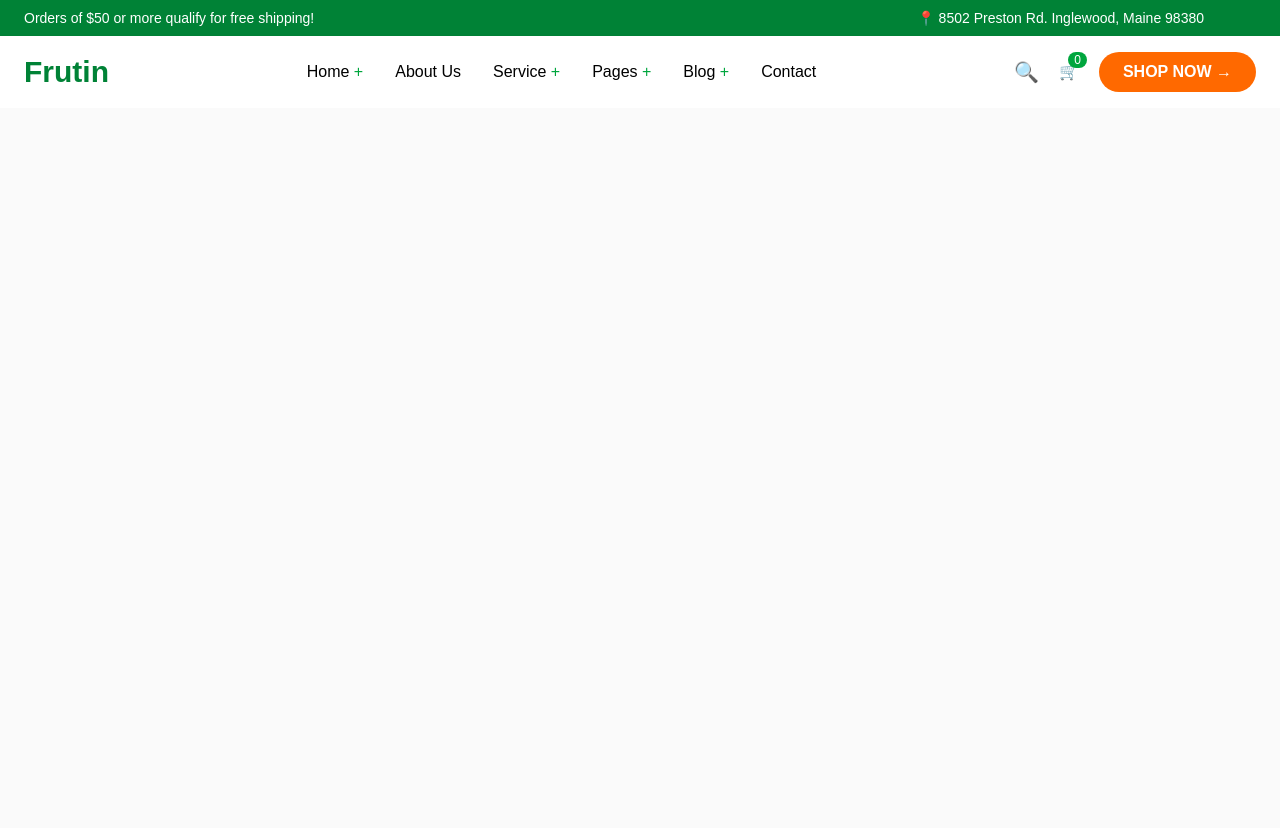
Repository: sawon687/Ass-scic-9-Ecomerce-Project
Page: /
These files come from the project's save history. The page is drawn as it stood at one moment and after a run of saves; the edit follows.
The browser window is 1280 px wide. The pictures show the whole page.
The project was rebuilt for these pictures with package versions that can differ from the ones it lists, and the page was loaded fresh each time. The framework's server and built-in components were replaced by stand-ins that run in the browser. Also part of the build but not shown: next.config.mjs.

Above is the page before, as saved 2026-01-13 22:47:14.

After the next 4 saves:
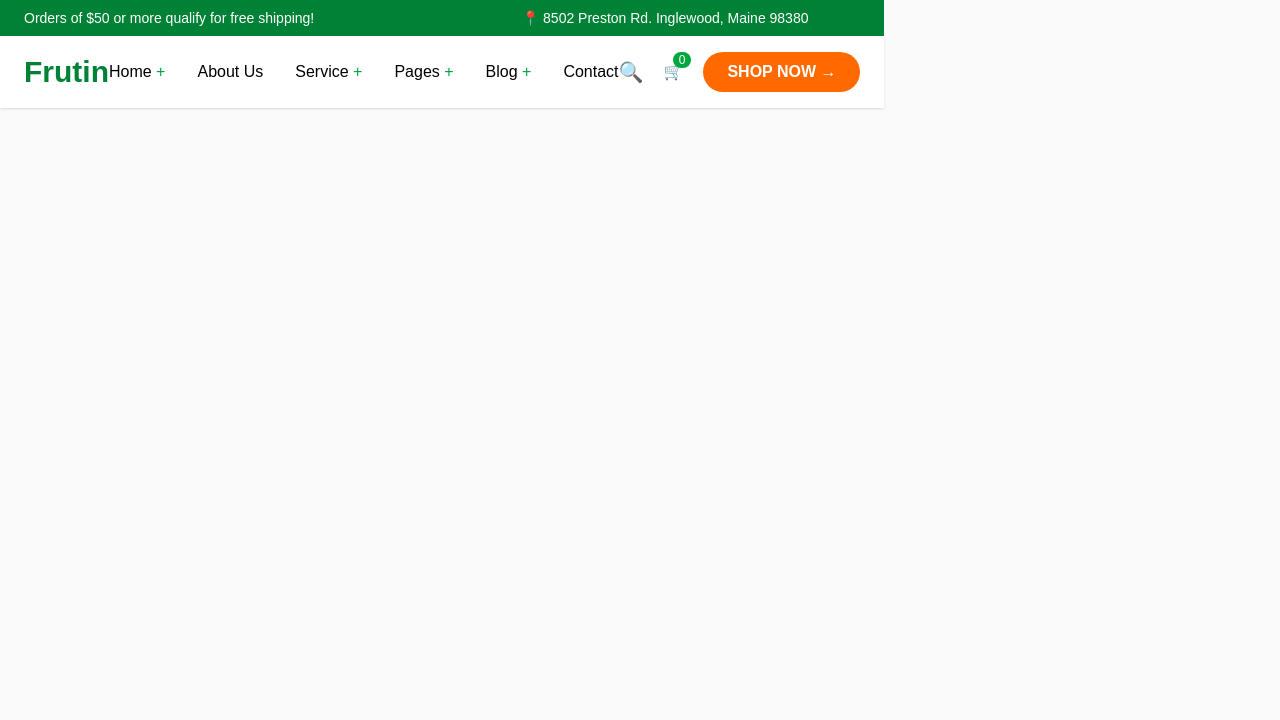
The 4 saves are shown as one change because they came seconds apart.
The last was saved 40 s later.
--- a/src/app/Components/Navbar/Navbar.jsx
+++ b/src/app/Components/Navbar/Navbar.jsx
@@ -2,7 +2,7 @@
 
 const Navbar = () => {
     return (
-        <div>
+        <div className='fixed'>
            {/* <!-- TOP INFO BAR --> */}
 <div class="bg-green-700 text-white text-sm">
   <div class="max-w-7xl mx-auto flex justify-between items-center px-6 py-2">
